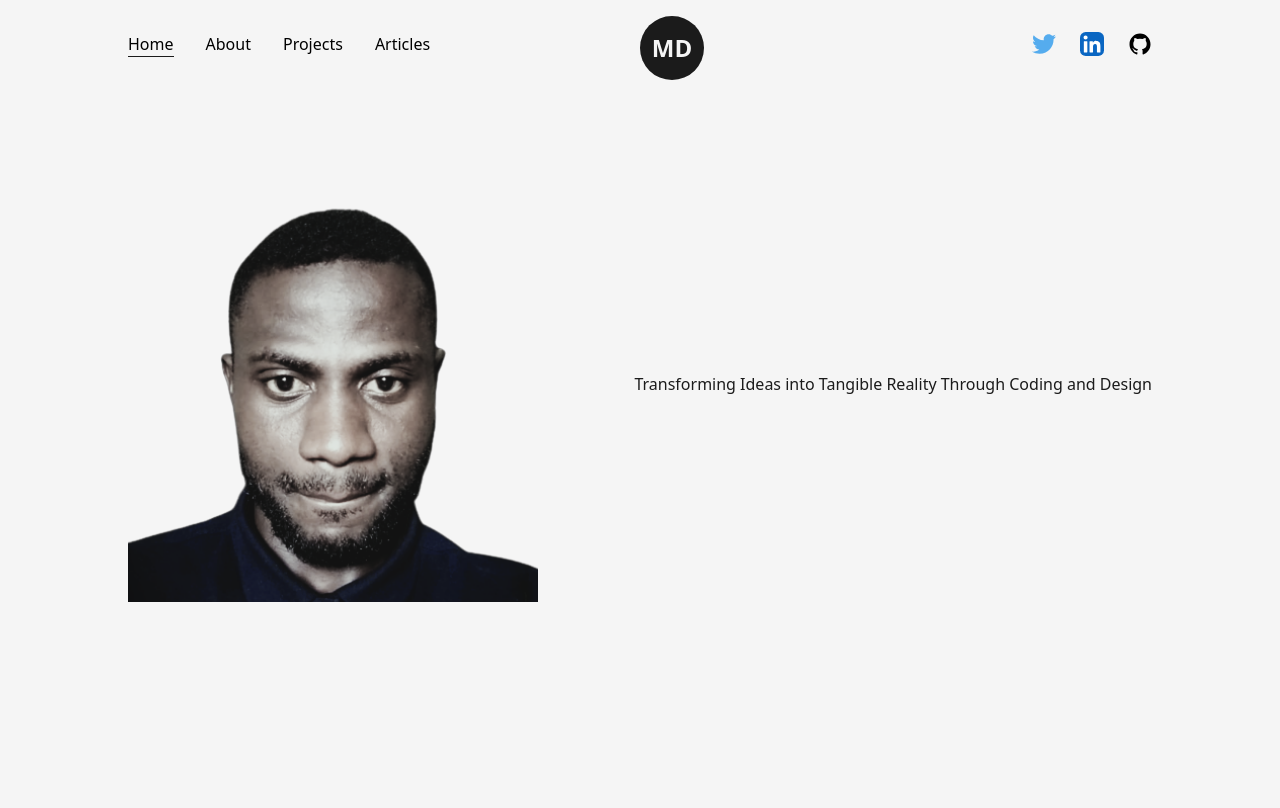
Repository: marcusdashe/situs
Page: /
The author's editor kept a copy of each file at every save. The page is drawn from the files as they stood at one save, then again after the next save.
The browser window is 1280 px wide. The pictures show the whole page.
The project was rebuilt for these pictures with package versions that can differ from the ones it lists, and the page was loaded fresh each time. The framework's server and built-in components were replaced by stand-ins that run in the browser.

Above is the page before, as saved 2023-06-15 17:27:20.

### src/pages/_app.js
import Navbar from "@/components/Navbar";
import "@/styles/globals.css";
import Head from "next/head";
// import { IBM_Plex_Sans } from "next/font/google";

// const ibm = IBM_Plex_Sans({
//   subsets: ["latin"],
//   variable: "--font-mont",
// });

export default function App({ Component, pageProps }) {
  return (
    <>
      <Head>
        <meta name="viewport" content="width=device-width, initial-scale=1" />
        <link rel="icon" href="/favicon.ico" />
      </Head>
      <main className={`  bg-light w-full min-h-screen`}>
        <Navbar />
        <Component {...pageProps} />
      </main>
    </>
  );
}

### src/pages/index.js
import Head from "next/head";
import Image from "next/image";
import { Inter } from "next/font/google";
import Layout from "@/components/Layout";
import profilePic from "../../public/images/profile/developer-pic-4.png";

const inter = Inter({ subsets: ["latin"] });

export default function Home() {
  return (
    <>
      <Head>
        <title>Marcus Dashe | Portfolio</title>
        <meta name="description" content="Generated by create next app" />
      </Head>
      <main className="flex items-center text-dark w-full min-h-screen">
        <Layout className="pt-0">
          <div className=" w-full flex items-center justify-between">
            <div className="w-2/5">
              <Image
                src={profilePic}
                alt="Marcus Dashe"
                className="w-full h-auto"
              />
            </div>
            <div>
              <h1>
                Transforming Ideas into Tangible Reality Through Coding and
                Design
              </h1>
              <p></p>
            </div>
          </div>
        </Layout>
      </main>
    </>
  );
}

### src/components/Navbar.jsx
import React from "react";
import { useRouter } from "next/router";
import Link from "next/link";
import Logo from "./Logo";
import { TwitterIcon, GithubIcon, LinkedInIcon } from "./Icons";
import { motion } from "framer-motion";

const CustomLink = ({ href, title, className = "" }) => {
  const router = useRouter();

  return (
    <Link href={href} className={`${className} relative group`}>
      {title}
      <span
        className={`h-[1px] inline-block bg-dark absolute left-0 -bottom-0.5 group-hover:w-full transition-[width] ease duration-300 ${
          router.asPath === href ? "w-full" : "w-0"
        }`}
      >
        &nbsp;
      </span>
    </Link>
  );
};

const Navbar = () => {
  return (
    <header
      className="w-full px-32 py-8 font-medium
            flex items-center justify-between"
    >
      <nav>
        <CustomLink href="/" title="Home" className="mr-4" />
        <CustomLink href="/about" title="About" className="mx-4" />
        <CustomLink href="/projects" title="Projects" className="mx-4" />
        <CustomLink href="/articles" title="Articles" className="ml-4" />
      </nav>

      <nav className="flex items-center justify-center flex-wrap">
        <motion.a
          href="https://www.twitter.com/marcusdashe"
          target={"_blank"}
          whileHover={{
            y: -2,
          }}
          whileTap={{ scale: 0.9 }}
          className="w-6 mx-3"
        >
          <TwitterIcon className="" />
        </motion.a>
        <motion.a
          href="https://www.linkedin.com/in/marcus-dashe-15a088202"
          target={"_blank"}
          whileHover={{
            y: -2,
          }}
          whileTap={{ scale: 0.9 }}
          className="w-6 mx-3"
        >
          <LinkedInIcon />
        </motion.a>
        <motion.a
          href="https://www.github.com/marcusdashe"
          target={"_blank"}
          whileHover={{
            y: -2,
          }}
          whileTap={{ scale: 0.9 }}
          className="w-6 ml-3"
        >
          <GithubIcon />
        </motion.a>
      </nav>
      <div className="absolute left-[50%] top-2 translate-x-[-50]">
        <Logo />
      </div>
    </header>
  );
};

export default Navbar;

### src/styles/globals.css
@import url("https://fonts.googleapis.com/css2?family=IBM+Plex+Sans:ital,wght@0,100;0,200;0,300;1,100;1,200&family=Inter:wght@300;400;500;600;700;800;900&display=swap");

@tailwind base;
@tailwind components;
@tailwind utilities;

### src/components/Layout.jsx
import React from "react";

const Layout = ({ children, className = "" }) => {
  return (
    <div className={`${className} w-full inline-block z-0 bg-light p-32  `}>
      {children}
    </div>
  );
};

export default Layout;

### src/components/Logo.jsx
"use client";

import React from "react";
import Link from "next/link";
import { motion } from "framer-motion";

const MotionLink = motion(Link);

const Logo = () => {
  return (
    <div className="flex items-center justify-center mt-2">
      <MotionLink
        href="/"
        className="w-16 h-16 bg-dark text-light flex items-center
        justify-center rounded-full text-2xl font-bold hover
      "
        whileHover={{
          scale: 1.5,
          backgroundColor: [
            "#121212",
            "rgba(131,58,180,1)",
            "rgba(253,29,29,1)",
            "rgba(252,176,69,1)",
            "rgba(131,58,180,1)",
            "#121212",
          ],
          transition: {
            duration: 1,
            repeat: Infinity,
          },
        }}
      >
        MD
      </MotionLink>
    </div>
  );
};

export default Logo;

Loaded but not shown: tailwind.config.js (27 lines, source omitted); src/components/Icons.jsx (463 lines, source omitted)

After the next save:
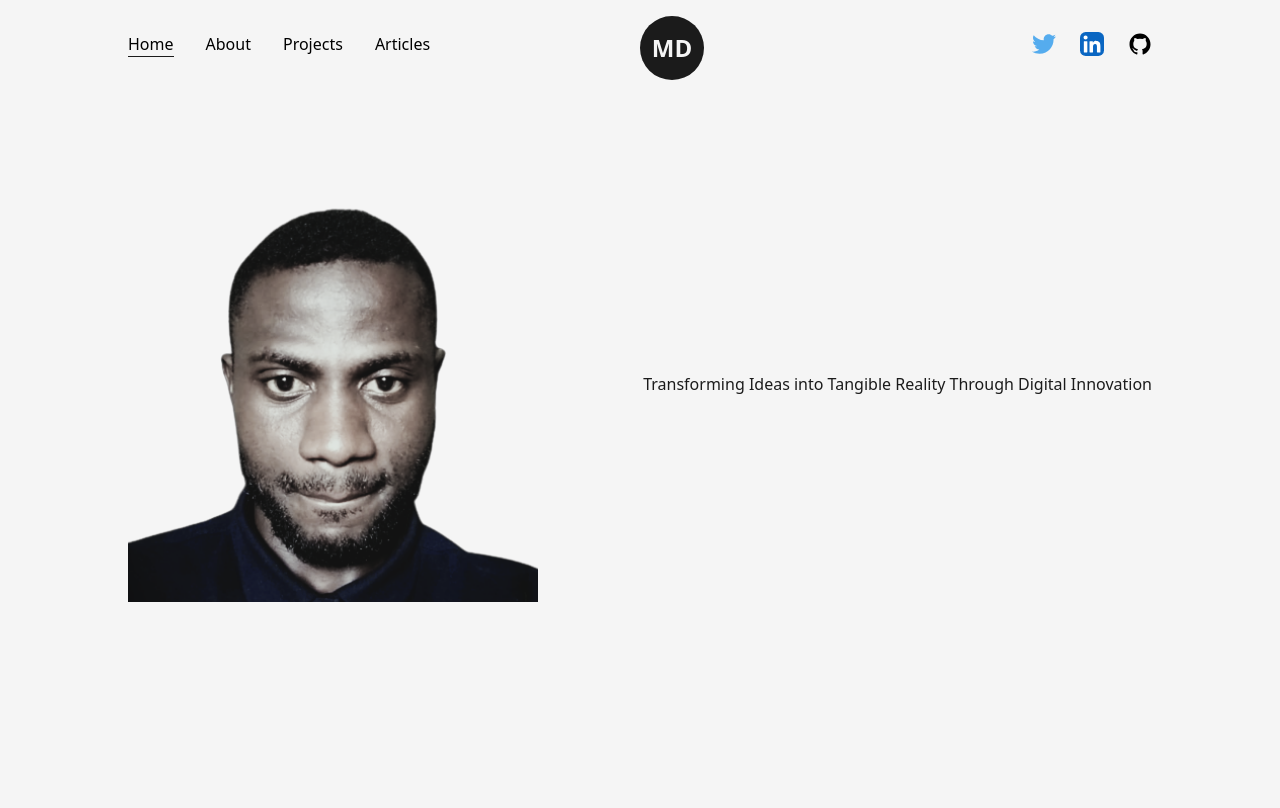
Saved 48 s later.
--- a/src/pages/index.js
+++ b/src/pages/index.js
@@ -25,8 +25,8 @@ export default function Home() {
             </div>
             <div>
               <h1>
-                Transforming Ideas into Tangible Reality Through Coding and
-                Design
+                Transforming Ideas into Tangible Reality Through Digital
+                Innovation
               </h1>
               <p></p>
             </div>
